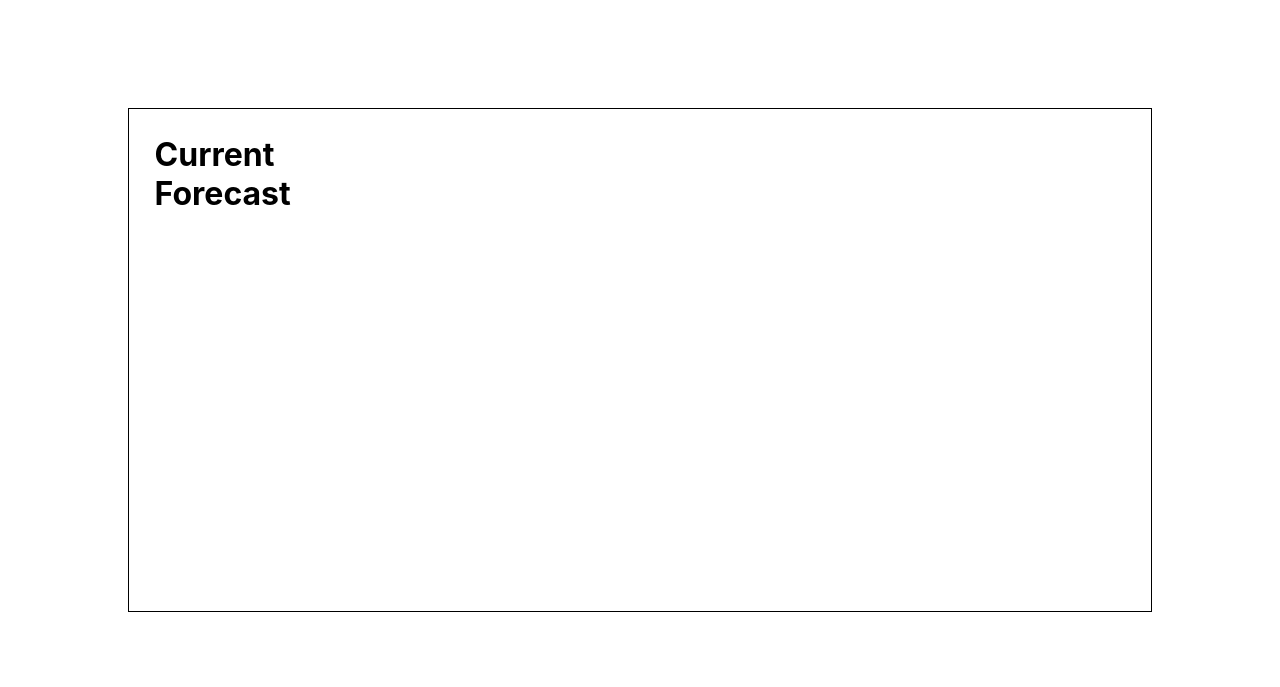
Repository: debthebuilder/bloom
Page: /
These files come from the project's save history. The page is drawn as it stood at one moment and after the next save; the edit follows.
The browser window is 1280 px wide. The pictures show the whole page.
The project was rebuilt for these pictures with package versions that can differ from the ones it lists, and the page was loaded fresh each time. Also part of the build but not shown: src/components/Splash.js.

Above is the page before, as saved 2022-11-10 23:37:03.

After the next save:
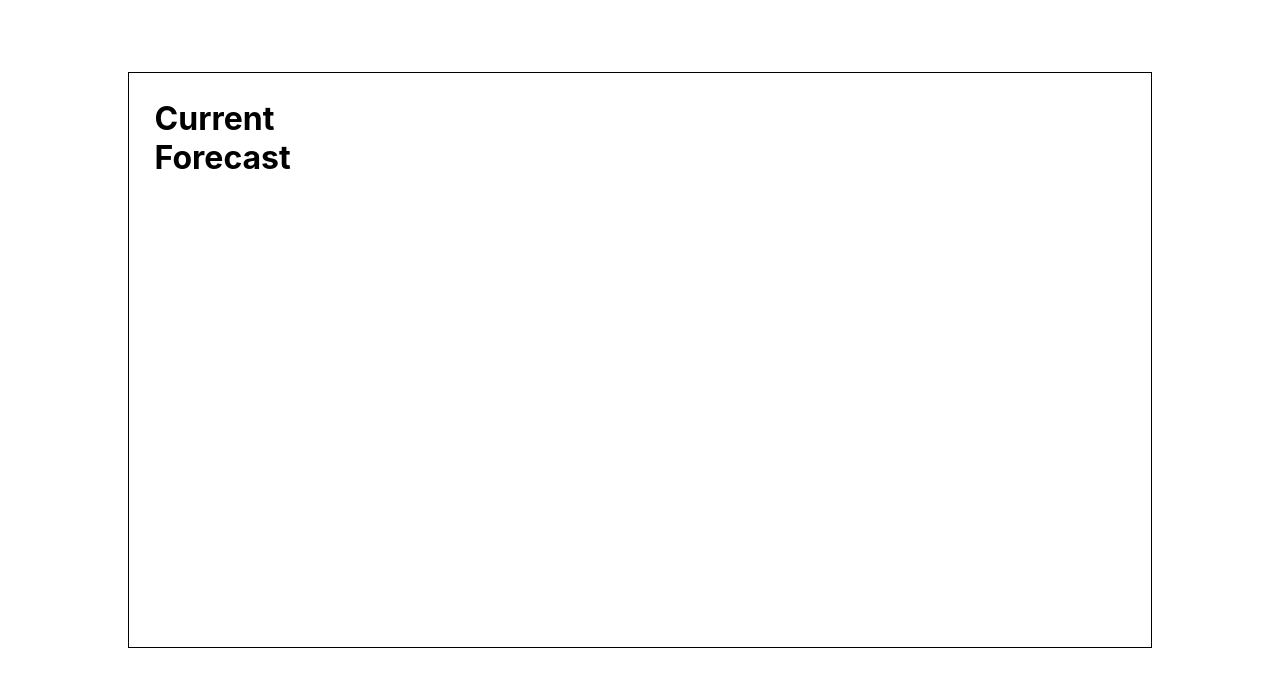
Saved 18 s later.
--- a/src/scss/app.scss
+++ b/src/scss/app.scss
@@ -24,7 +24,7 @@ body {
 
 .weather-container {
     width: 80%;
-    height: 70%;
+    height: 80%;
     padding: 2%;
     border: solid 1px black;
     display: flex;
